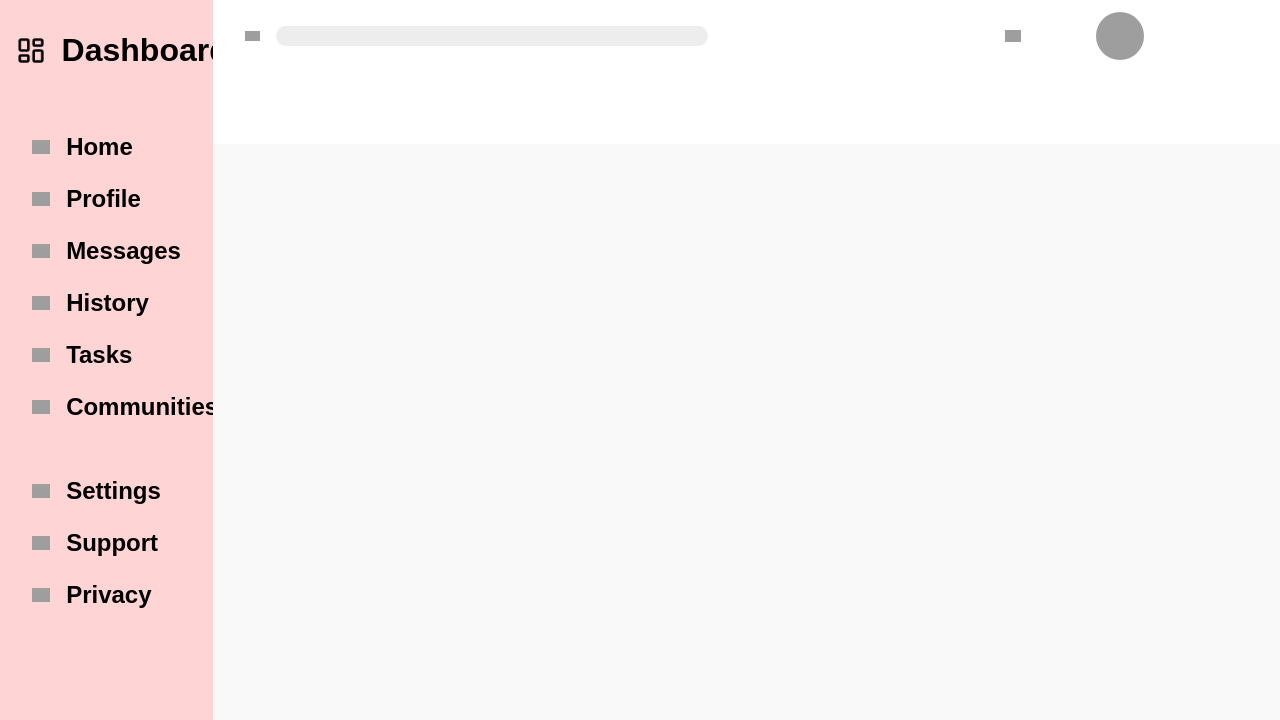
Repository: yeetzpxoci/dashboard
Page: index.html
The author's editor kept a copy of each file at every save. The page is drawn from the files as they stood at one save, then again after the next save.
The browser window is 1280 px wide. The pictures show the whole page.
Pictures or frames that could not be fetched are drawn as grey boxes.

Above is the page before, as saved 2023-02-18 13:00:38.

After the next save:
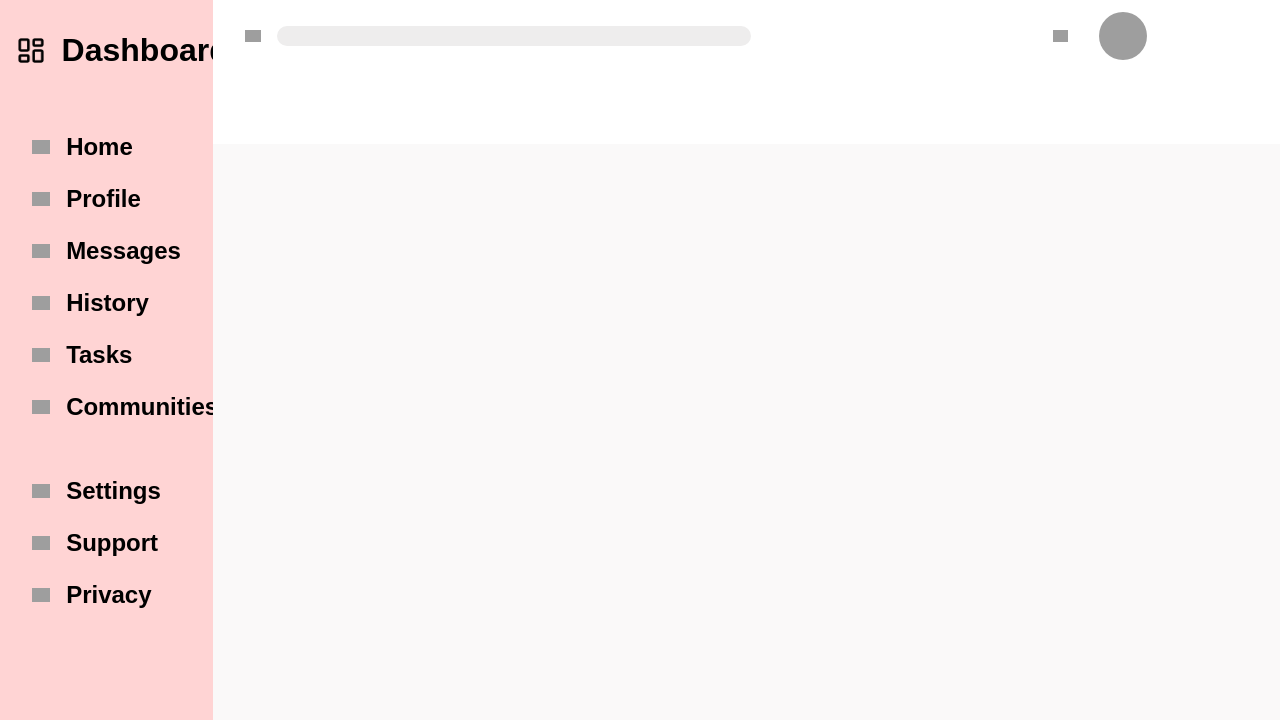
Saved 26 min 26 s later.
--- a/styles.css
+++ b/styles.css
@@ -65,7 +65,7 @@ body {
     grid-column: 2 / 3;
     grid-row: 1 / 2;
     display: grid;
-    grid-template-columns: 7fr 1fr 1fr 1fr;
+    grid-template-columns: 13fr 1fr 1fr 2fr;
     grid-template-rows: 1fr 1fr;
 }
 
@@ -91,7 +91,7 @@ body {
 }
 
 .notification_icon {
-    width: 15%;
+    width: 25%;
     align-self: center;
     justify-self: center;
 }
@@ -109,6 +109,11 @@ body {
     justify-self: center;
 }
 
+.user-info .profile-pic {
+    width: 72px;
+    height: 72px;
+}
+
 .header p {
     align-self: center;
     font-weight: bolder;
